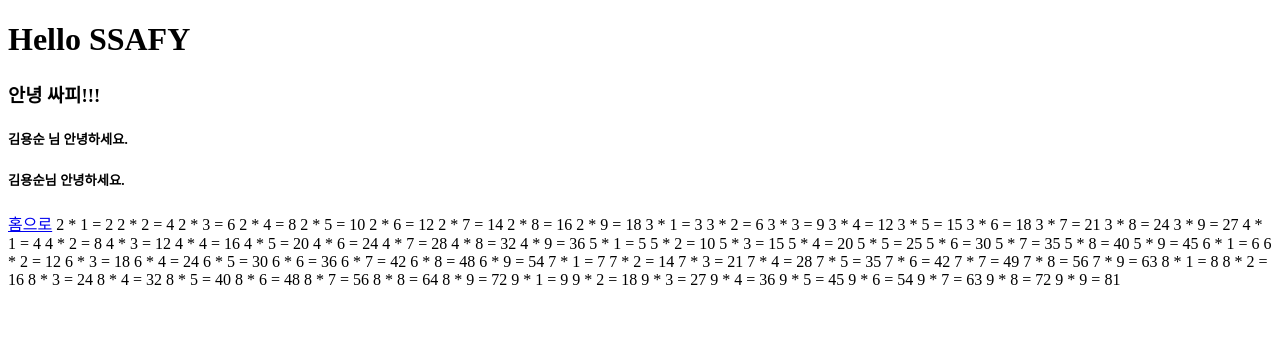
Repository: s00ngle/SSAFY-BE
Page: http://localhost/basic_jsp/hello.jsp
These files come from the project's save history. The page is drawn as it stood at one moment and after the next save; the edit follows.
The browser window is 1280 px wide. The pictures show the whole page.
The page is served by Tomcat 10.

Above is the page before, as saved 2024-09-24 01:40:20.

After the next save:
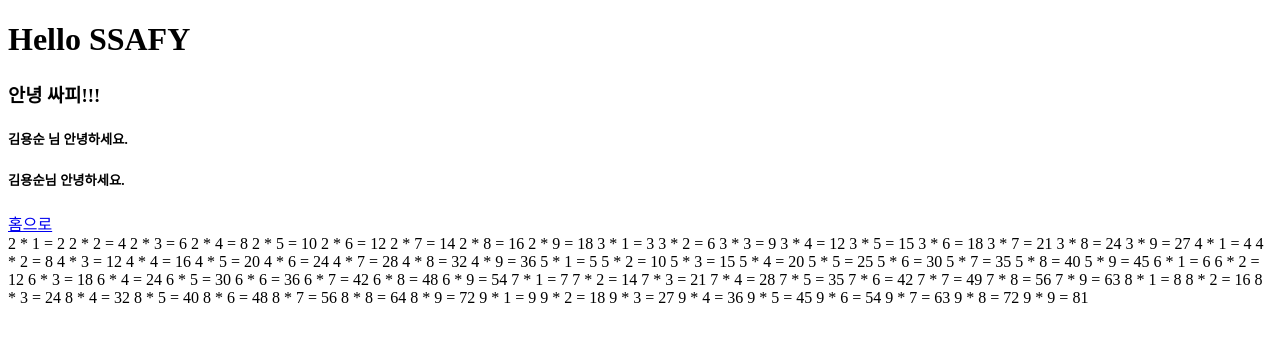
Saved 41 s later.
--- a/basic_jsp/src/main/webapp/hello.jsp
+++ b/basic_jsp/src/main/webapp/hello.jsp
@@ -16,7 +16,7 @@
 	<h3>안녕 싸피!!!</h3>
 	<h5><% out.println(name); %>님 안녕하세요.</h5>
 	<h5><%= name %>님 안녕하세요.</h5>
-	<a href="/basic_jsp/index.jsp">홈으로</a>
+	<a href="/basic_jsp/index.jsp">홈으로</a></br>
 
 	<%
 		for (int i = 2; i < 10; i++) {
